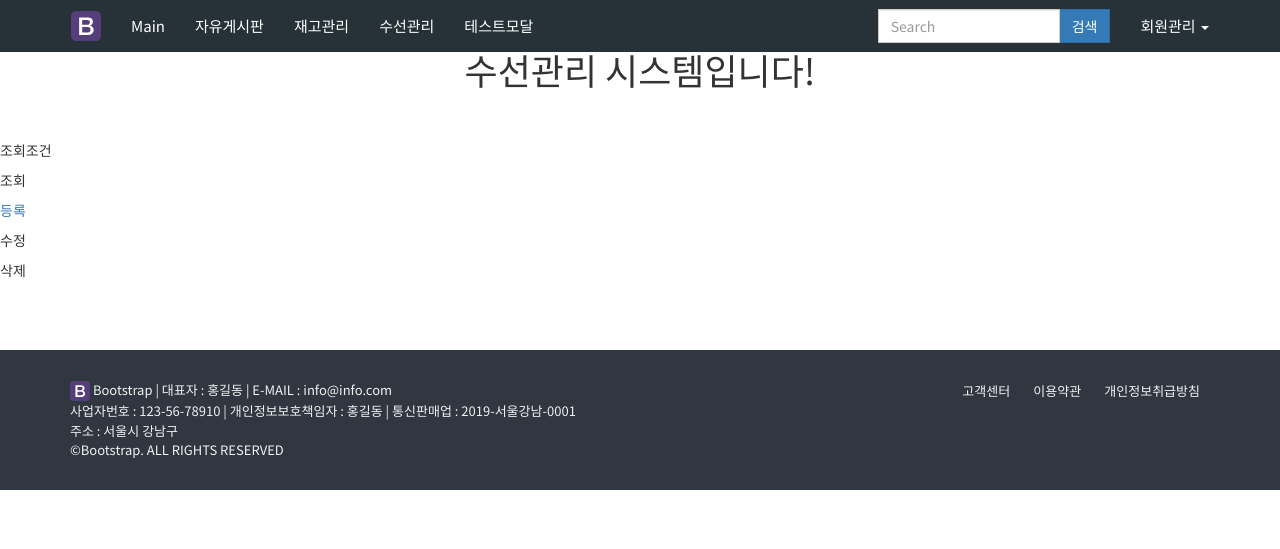
Repository: RattenLegs/Project_Inventory
Page: http://localhost/Project_Inventory/WEB-INF/views/repairboard/repairList.jsp
The author's editor kept a copy of each file at every save. The page is drawn from the files as they stood at one save, then again after the next save.
The browser window is 1280 px wide. The pictures show the whole page.
Some web libraries are served in a nearby version. The page is served by Tomcat 9. Nobody is signed in. The template is opened directly, without the code that normally fills it, so the values that code supplies are empty.

Above is the page before, as saved 2023-02-09 15:52:49.

After the next save:
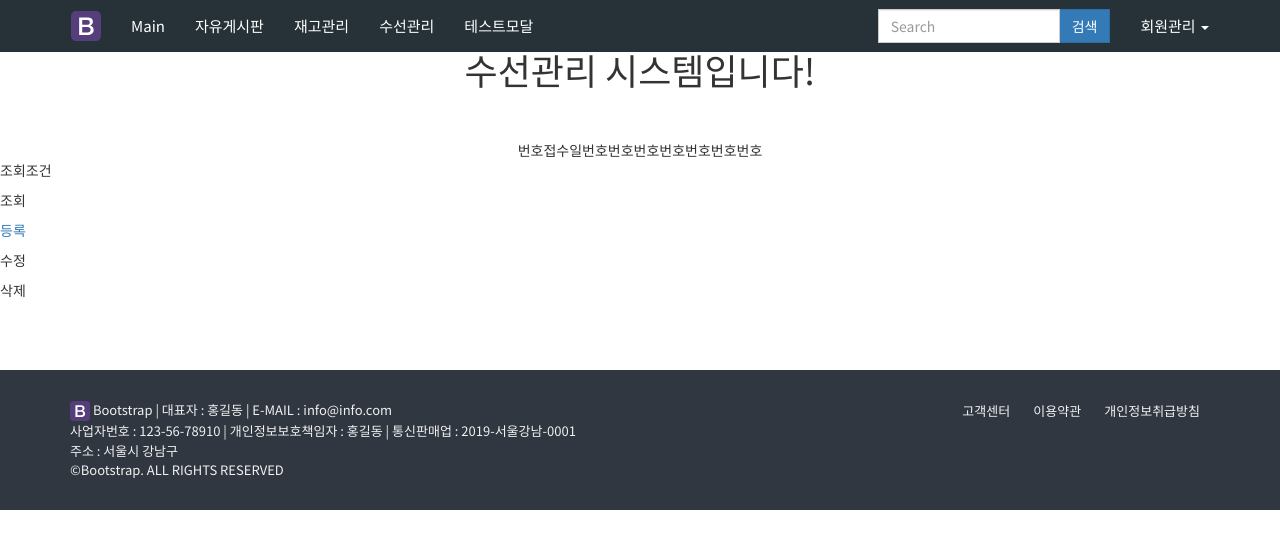
Saved 83 s later.
--- a/Project_Inventory/src/main/webapp/WEB-INF/views/repairboard/repairList.jsp
+++ b/Project_Inventory/src/main/webapp/WEB-INF/views/repairboard/repairList.jsp
@@ -23,7 +23,18 @@
 			<p>번호 접수일 이름 연락처 디자인 내용 약속일 매장재고일 납품일 비고</p> -->
 			<table border="1">
 
-				<thead></thead>
+				<thead>
+					<tr>번호</tr>
+					<tr>접수일</tr>
+					<tr>번호</tr>
+					<tr>번호</tr>
+					<tr>번호</tr>
+					<tr>번호</tr>
+					<tr>번호</tr>
+					<tr>번호</tr>
+					<tr>번호</tr>
+				</thead>
+
 
 			</table>
 		</div>
